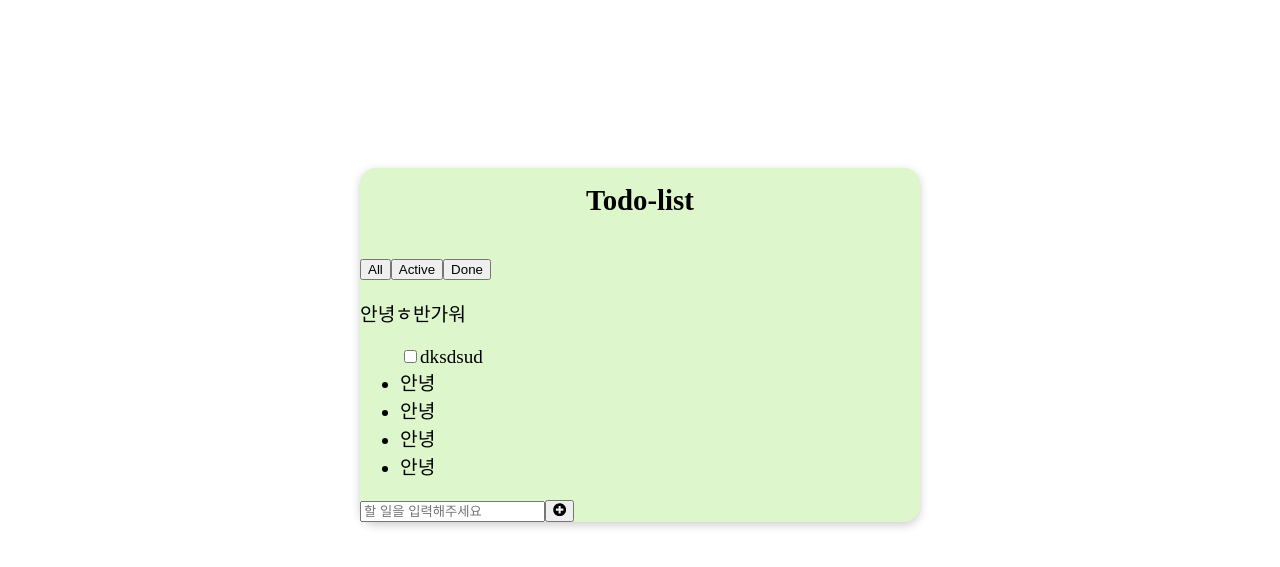
Repository: Yugayoung/todoList
Page: /
The author's editor kept a copy of each file at every save. The page is drawn from the files as they stood at one save, then again after the next save.
The browser window is 1280 px wide. The pictures show the whole page.
Some web fonts or font styles are not loaded; a fallback is used. The project was rebuilt for these pictures with package versions that can differ from the ones it lists, and the page was loaded fresh each time. Also part of the build but not shown: src/App.css.

Above is the page before, as saved 2024-03-21 01:24:42.

### src/index.css
@font-face {
  font-family: 'IM_Hyemin-Bold';
  src: url('./fonts/IM_Hyemin-Regular.otf') format('opentype');
  font-weight: normal;
  font-style: normal;
}

body {
  margin: 0;
  font-family: 'IM_Hyemin-Bold';
  -webkit-font-smoothing: antialiased;
  -moz-osx-font-smoothing: grayscale;
  width: 100vw;
  height: 100vh;
  display: flex;
  justify-content: center;
  align-items: center;
  font-size: 1.2rem;
}

code {
  font-family: source-code-pro, Menlo, Monaco, Consolas, 'Courier New',
    monospace;
}
#root {
  width: 100%;
  height: 60%;
  max-width: 35rem;
}

### src/App.js
import './App.css';
import Todo from './pages/Todo';

function App() {
  return (
    <>
      <Todo />
    </>
  );
}

export default App;

### src/pages/todo.jsx
import React from 'react';
import styled from 'styled-components';
import { FaPlusCircle } from 'react-icons/fa';

const Title = styled.h2`
  text-align: center;
  font-weight: bold;
  padding: 1rem;
`;

const TodoList = styled.section`
  background-color: #def6cc;
  border-radius: 1rem;
  box-shadow: 0 3px 10px rgb(0, 0, 0, 0.2);
`;
const AddTodoLi = styled.li`
  list-style: none;
`;

export default function Todo() {
  return (
    <>
      <TodoList>
        {/* 할일 state */}
        <Title>Todo-list</Title>
        <div>
          <button>All</button>
          <button>Active</button>
          <button>Done</button>
          <p>안녕ㅎ반가워</p>
        </div>
        {/* addTodoList */}
        <div>
          <ul>
            <AddTodoLi>
              <input type='checkbox' />
              dksdsud
            </AddTodoLi>
            <li>안녕</li>
            <li>안녕</li>
            <li>안녕</li>
            <li>안녕</li>
          </ul>
        </div>
        {/* 할일 입력 */}
        <div>
          <input type='text' placeholder='할 일을 입력해주세요' />
          <button>
            <FaPlusCircle />
          </button>
        </div>
      </TodoList>
    </>
  );
}

Loaded but not shown: public/index.html (common file); src/index.js (common file); src/reportWebVitals.js (common file)

After the next save:
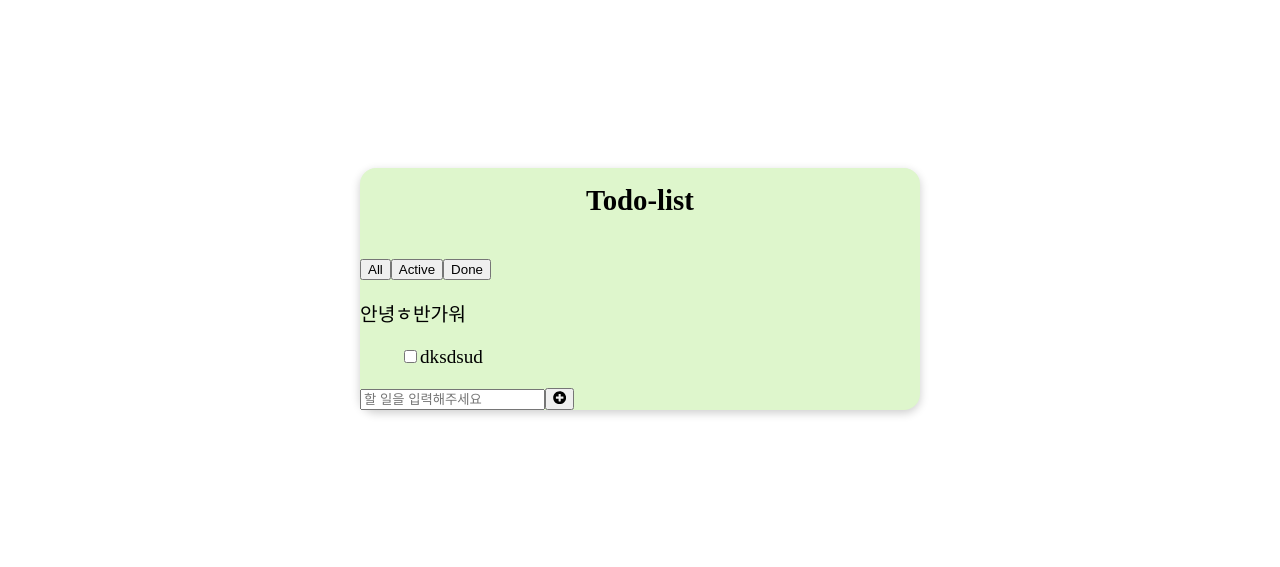
Saved 12 s later.
--- a/src/pages/todo.jsx
+++ b/src/pages/todo.jsx
@@ -36,10 +36,6 @@ export default function Todo() {
               <input type='checkbox' />
               dksdsud
             </AddTodoLi>
-            <li>안녕</li>
-            <li>안녕</li>
-            <li>안녕</li>
-            <li>안녕</li>
           </ul>
         </div>
         {/* 할일 입력 */}
